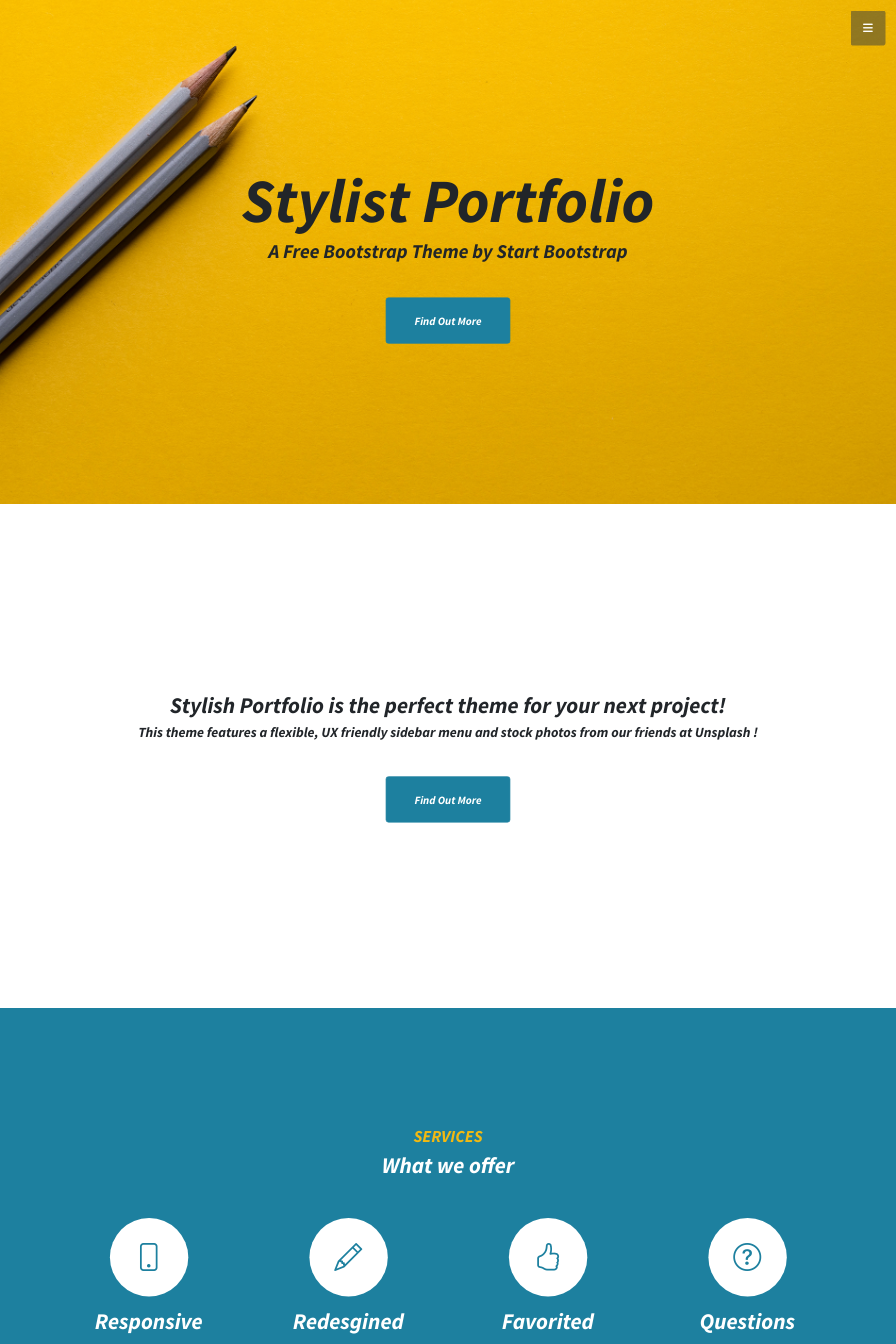
Repository: hoangpino/VE_FE_FrameWork_005
Page: lab06/index.html
An editor plug-in stored every save of this project. The page is shown before and after the next save, followed by the edit.
The browser window is 1280 px wide. The pictures show the part of the page from y = 0 to 1920 px (the page is 3205 px tall), at 70% of full size.
Backgrounds fixed to the window are drawn as part of the page.

Above is the page before, as saved 2021-10-05 18:40:17.
Not found: lab06/css/images/bg-callout.jpg

After the next save:
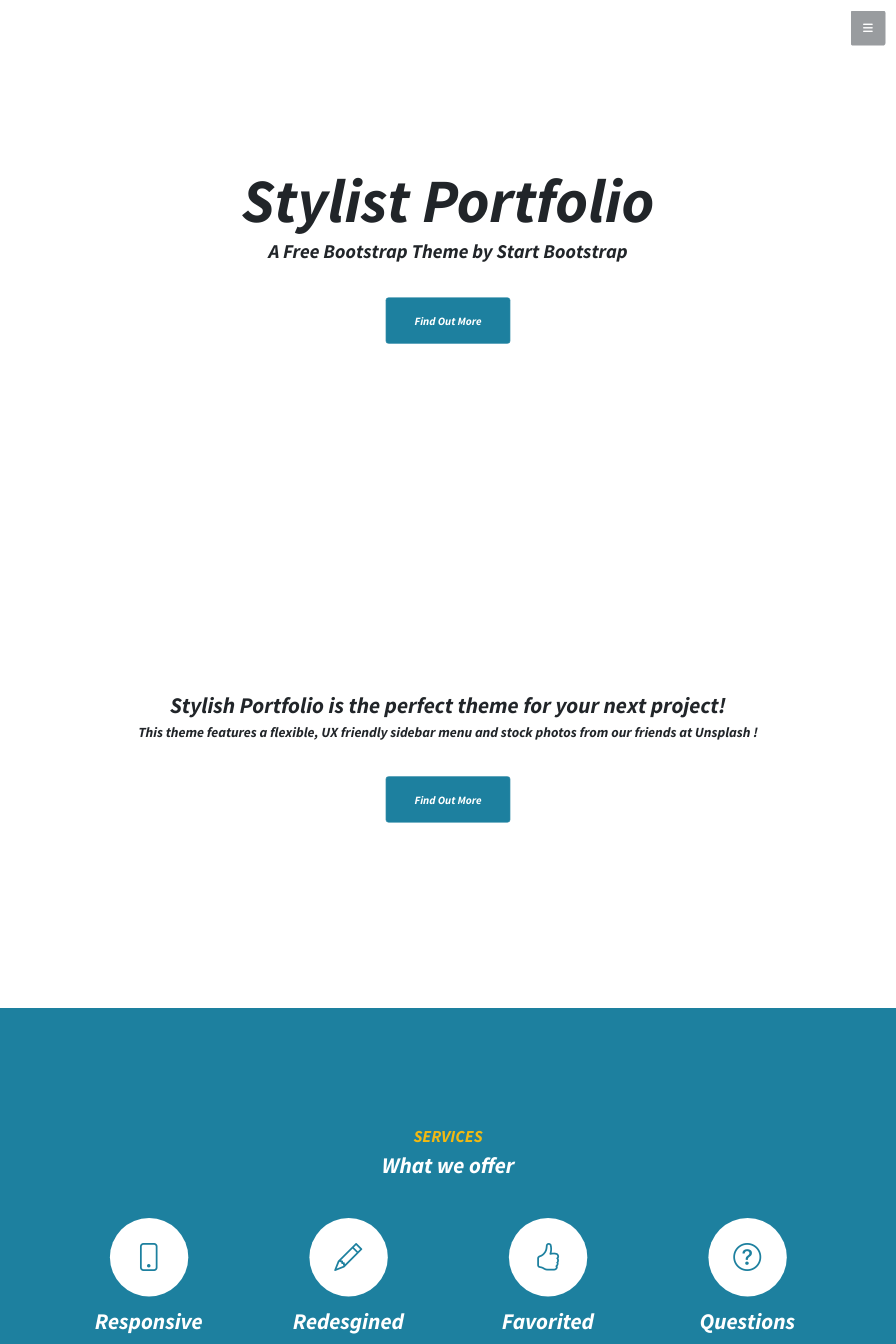
Not found: lab06/css/img/bg-masthead.jpg
Saved 53 s later.
--- a/lab06/css/style.css
+++ b/lab06/css/style.css
@@ -67,7 +67,7 @@
 }
 
 header {
-    background: url(../img/img/bg-masthead.jpg);
+    background: url(./img/bg-masthead.jpg);
     background-repeat: none;
     background-position: center center;
     background-size: cover;

After the 3 saves that followed:
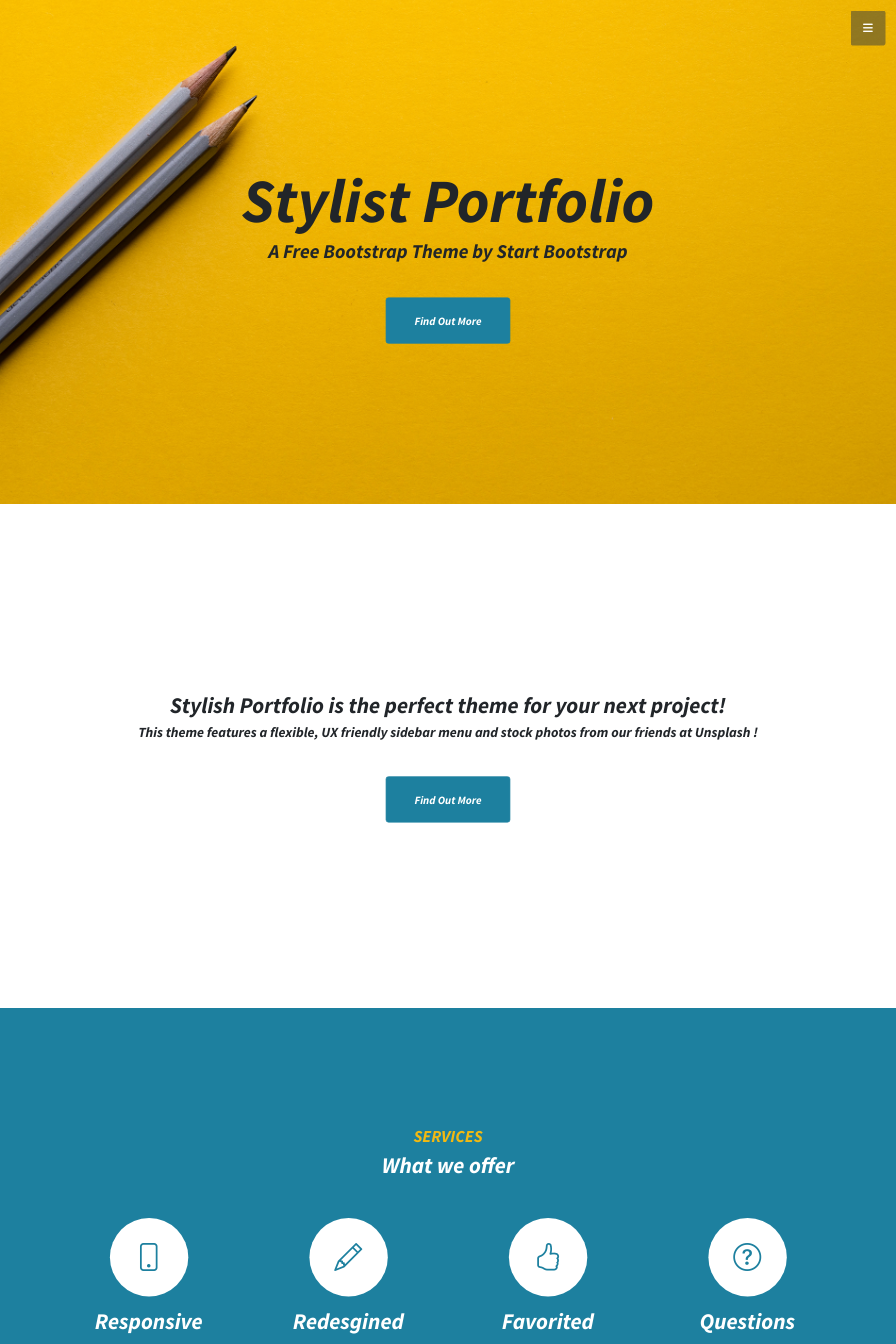
The 3 saves are shown as one change because 2 left the picture as it was.
The last was saved 104 s later.
--- a/lab06/css/style.css
+++ b/lab06/css/style.css
@@ -67,7 +67,7 @@
 }
 
 header {
-    background: url(./img/bg-masthead.jpg);
+    background: url(../img/bg-masthead.jpg);
     background-repeat: none;
     background-position: center center;
     background-size: cover;
@@ -140,7 +140,7 @@
 
 #callout {
     min-height: 100vh;
-    background: url(./images/bg-callout.jpg);
+    background: url(../img/bg-callout.jpg);
     background-repeat: none;
     background-position: top center;
     background-size: cover;
